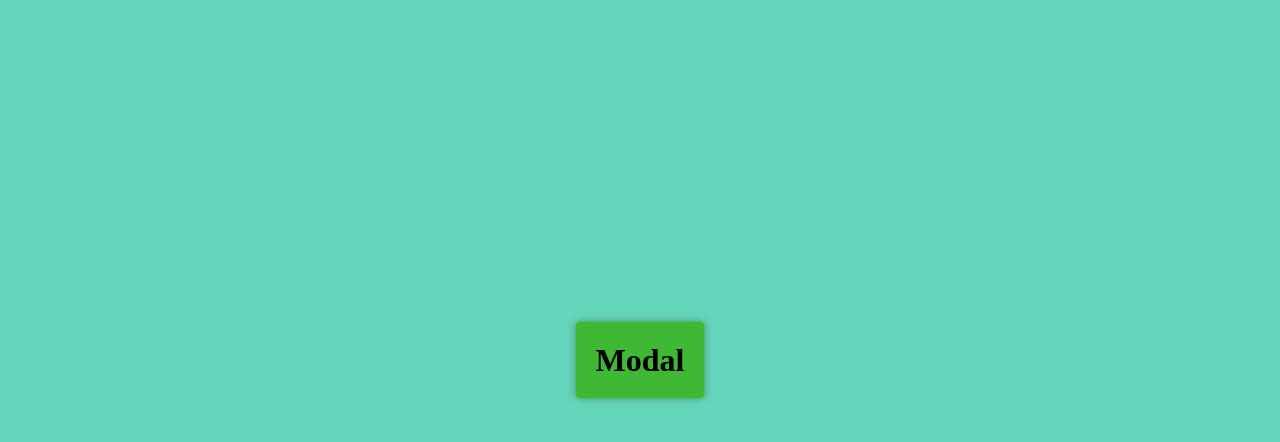
Repository: Soab42/portfolio
Page: /modal
The author's editor kept a copy of each file at every save. The page is drawn from the files as they stood at one save, then again after the next save.
The browser window is 1280 px wide. The pictures show the whole page.
The project was rebuilt for these pictures with package versions that can differ from the ones it lists, and the page was loaded fresh each time. The framework's server and built-in components were replaced by stand-ins that run in the browser. Also part of the build but not shown: next.config.js.

Above is the page before, as saved 2023-10-09 15:24:21.

After the next save:
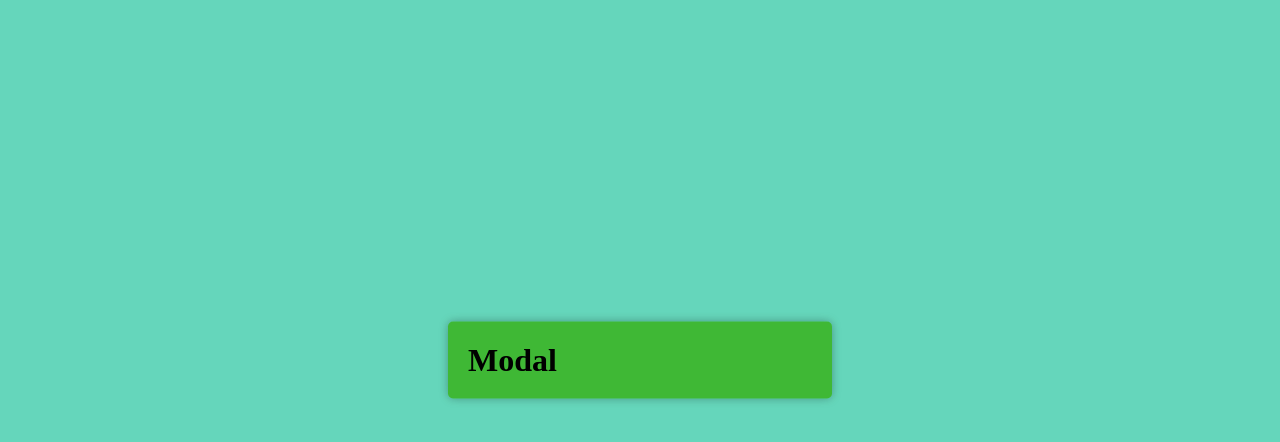
Saved 24 s later.
--- a/app/globals.css
+++ b/app/globals.css
@@ -123,6 +123,7 @@ a {
   top: 50%;
   left: 50%;
   width: fit-content;
+  min-width: 30%;
   transform: translate(-50%, -50%);
   background-color: #32ae05bc;
   padding: 20px;
